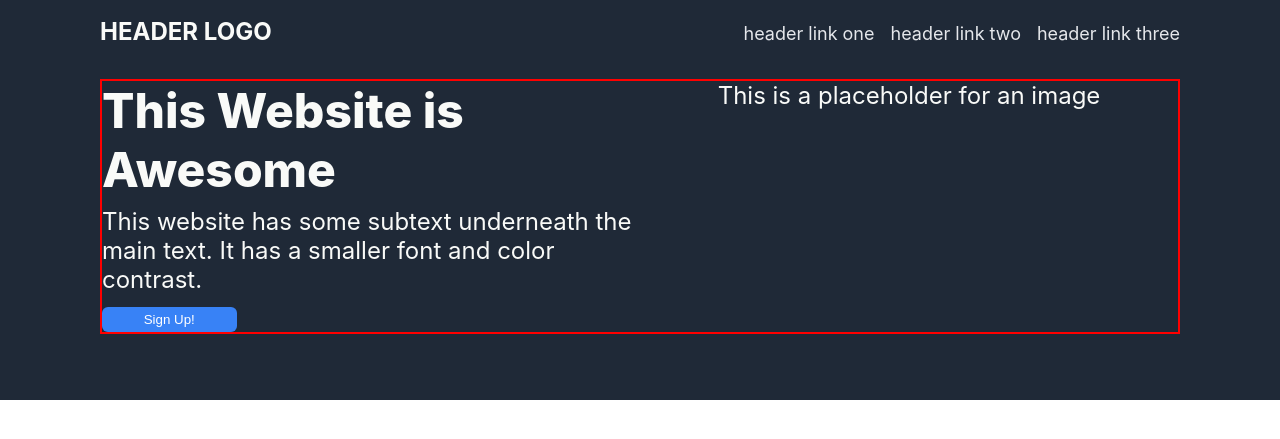
Repository: bbrockbrown/landing-page
Page: index.html
An editor plug-in stored every save of this project. The page is shown before and after the next save, followed by the edit.
The browser window is 1280 px wide. The pictures show the whole page.

Above is the page before, as saved 2024-07-24 15:25:59.

After the next save:
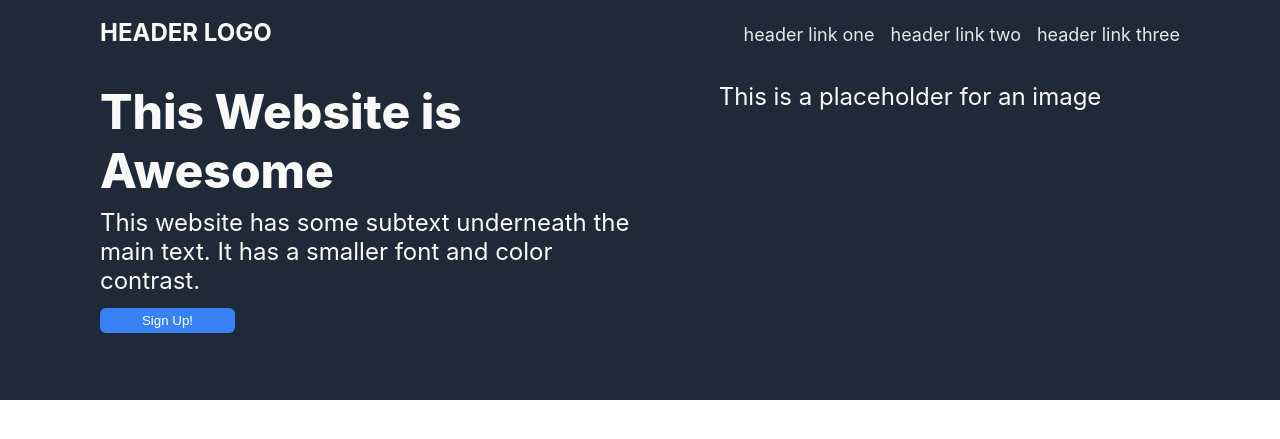
Saved 6 s later.
--- a/styles.css
+++ b/styles.css
@@ -26,7 +26,6 @@ body {
     display: flex;
     text-align: left;
     align-items: center;
-    border: red solid 2px;
 }
 
 .header-text {
